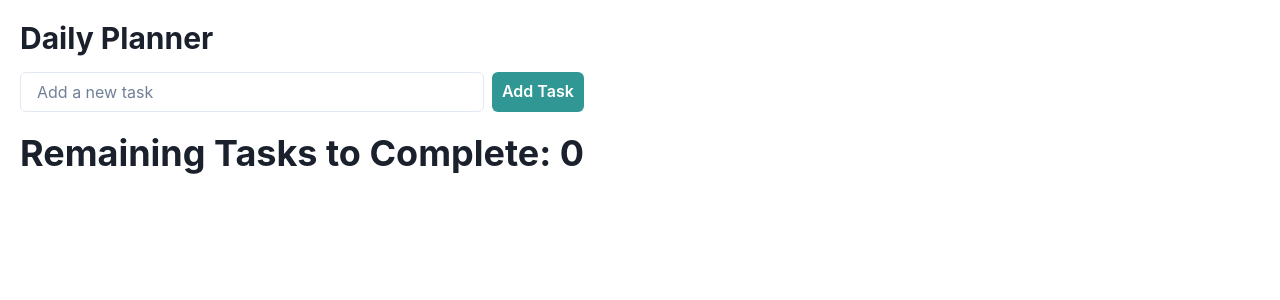
Repository: navnneett/COMP-3170-lab04
Page: /
These files come from the project's save history. The page is drawn as it stood at one moment and after the next save; the edit follows.
The browser window is 1280 px wide. The pictures show the whole page.
The project was rebuilt for these pictures with package versions that can differ from the ones it lists, and the page was loaded fresh each time. Also part of the build but not shown: vite.config.js, src/components/Task.jsx.

Above is the page before, as saved 2024-10-20 20:17:20.

After the next save:
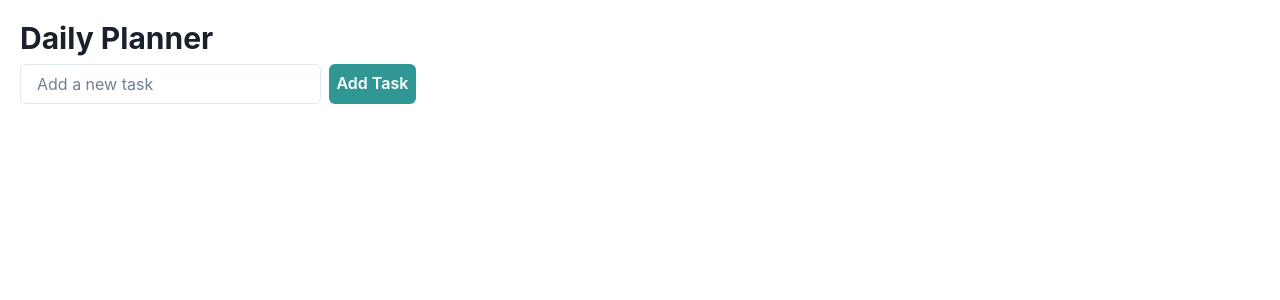
Saved 39 s later.
--- a/src/App.jsx
+++ b/src/App.jsx
@@ -29,7 +29,7 @@ function App() {
   return (
     <ChakraProvider>
       <Box p={5}>
-      <Heading mb={4} size="lg">Daily Planner</Heading>
+      <Heading mb={2} size="lg">Daily Planner</Heading>
         <TaskForm addTask={addTask} />
         <VStack spacing={3} mt={5}>
           {tasks.length > 0 &&
@@ -42,8 +42,6 @@ function App() {
               />
             ))}
         </VStack>
-        <Heading mb={6}>Remaining Tasks to Complete: {remainingTasks}</Heading>
-
       </Box>
     </ChakraProvider>
   );
